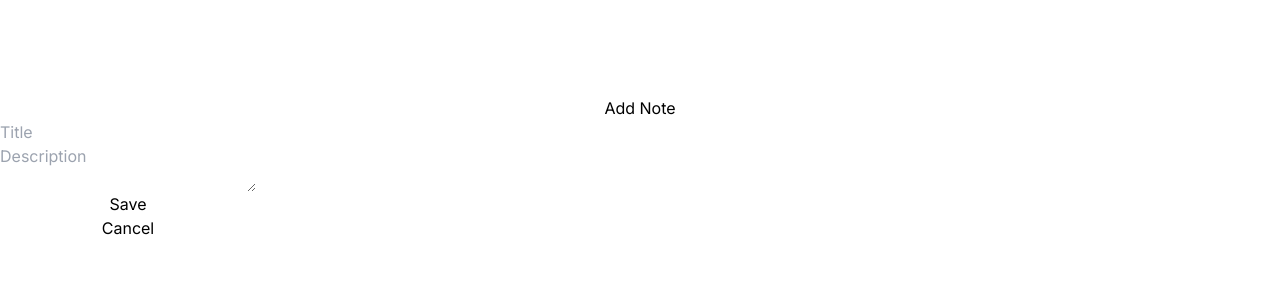
Repository: drumsmanku/next-and-nest-note-taker
Page: / (app in client/), after clicking the first element matching `button`
An editor plug-in stored every save of this project. The page is shown before and after the next save, followed by the edit.
The browser window is 1280 px wide. The pictures show the whole page.
The page's requests for data from a server got no answer. The project was rebuilt for these pictures with package versions that can differ from the ones it lists, and the page was loaded fresh each time. The framework's server and built-in components were replaced by stand-ins that run in the browser. No one was signed in, and anything a server would have sent is missing. Also part of the build but not shown: client/next.config.mjs.

Above is the page before, as saved 2024-03-14 12:38:42.

After the next save:
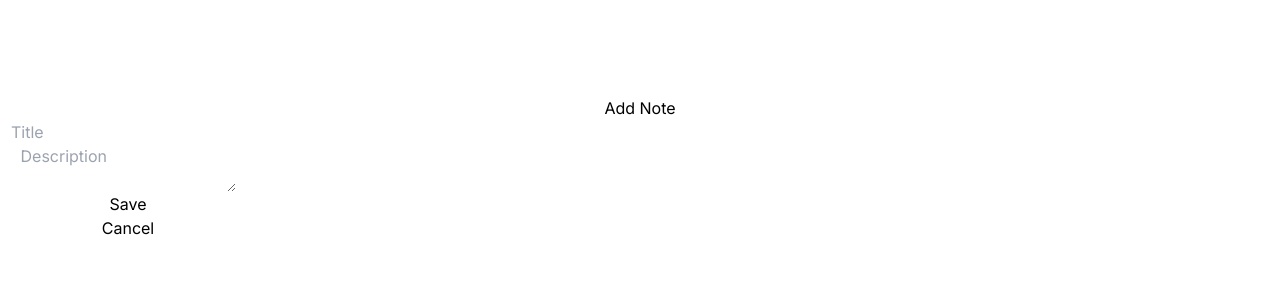
Saved 13 s later.
--- a/client/app/components/NotesComponent.tsx
+++ b/client/app/components/NotesComponent.tsx
@@ -77,7 +77,7 @@ const NotesComponent: React.FC = () => {
       <button  onClick={() => setShowCreatePopup(true)}>Add Note</button>
       <div className='flex '>
         {showCreatePopup && (
-          <div className='flex flex-col w-[20%]'>
+          <div className='flex flex-col w-[20%] items-center'>
             <input
               type="text"
               placeholder="Title"
